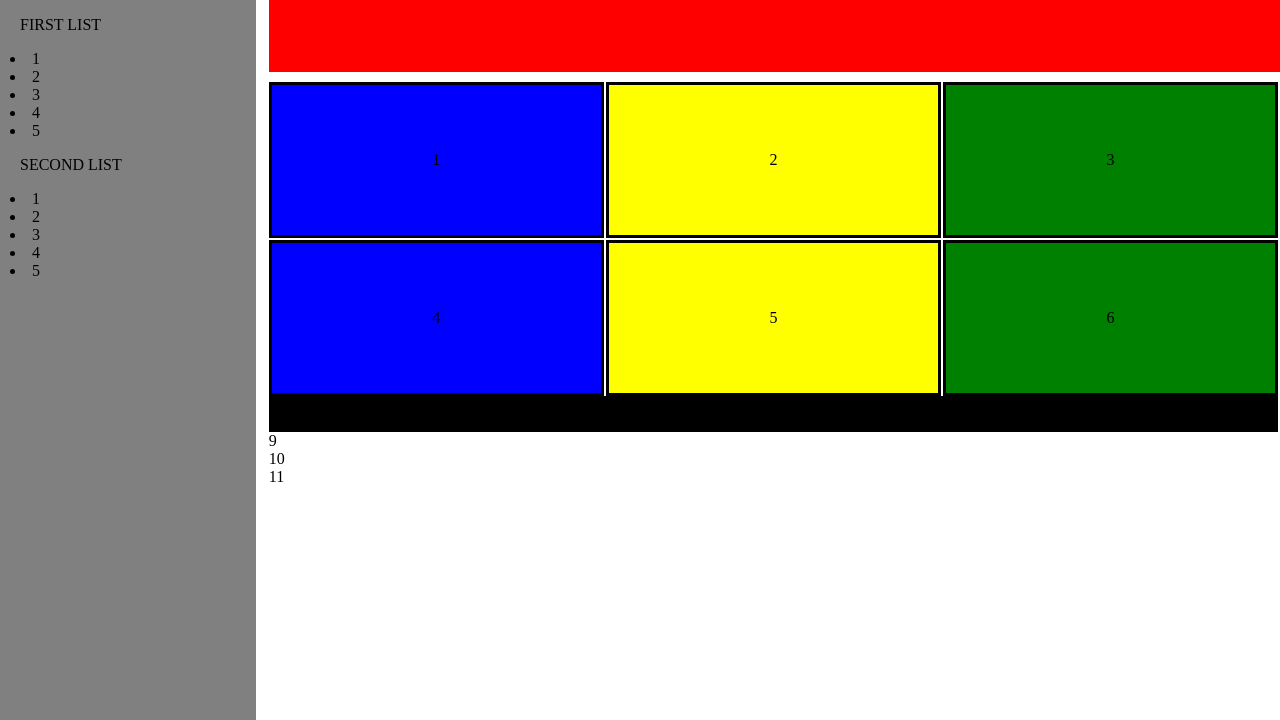
Repository: future4code/Gabriel-Ricarte
Page: Semana3/Aula02/Index.html
An editor plug-in stored every save of this project. The page is shown before and after a run of saves, followed by the edit.
The browser window is 1280 px wide. The pictures show the whole page.

Above is the page before, as saved 2019-11-12 19:06:58.

### Semana3/Aula02/Index.html
<!DOCTYPE html>
<html lang="Pt-br">
<head>
    <meta charset="UTF-8">
    <meta name="viewport" content="width=device-width, initial-scale=1.0">
    <meta http-equiv="X-UA-Compatible" content="ie=edge">
    <link rel="stylesheet" href="Style.css">
    <meta name="viewport" content="width=device-width, initial-scale=1">
    <title>Responsividade</title>
</head>
<body>
    <div>
        <div>
            <div class="barraLateral">
               <div id="lista">
                <lu>
                    <p class="paragrafoLista">FIRST LIST</p>
                    <li>1</li>
                    <li>2</li>
                    <li>3</li>
                    <li>4</li>
                    <li>5</li>
                </lu>
                <lu>
                    <p class="paragrafoLista">SECOND LIST</p>
                    <li>1</li>
                    <li>2</li>
                    <li>3</li>
                    <li>4</li>
                    <li>5</li>
                </lu>
               </div>

            </div>
            <div class="mainContent">
                <div class="barraSuperior"></div>
                <div class="FirstContainer">
                    <div id="firstPartContainer">
                            <div id="superior1">1</div>
                            <div id="superior2">2</div>
                            <div id="superior3">3</div>

                    </div>
                    <div id="secondPartContainer">

                        <div id="inferior4">4</div>
                        <div id="inferior5">5</div>
                        <div id="inferior6">6</div>

                    </div>
                </div>
                <div class="SecondContainer">
                    <div id="quadrado1">7</div>
                    <div id="quadrado2">8</div>
                </div>
                <div class="ThirdContainer">
                    <div id="quadrado9">9</div>
                    <div id="quadrado10">10</div>
                    <div id="quadrado11">11</div>
            </div>
        </div>


        </div>


    </div>





</body>
</html>

### Semana3/Aula02/Style.css
body{
    margin: 0;
    padding: 0;
}
.flexBox{
    display:flex;
}
#lista{
    margin:10px;
}
.barraLateral{
    background-color: grey;
    height: 100vh;
    width: 20vw;
    position: fixed;

}
.barraSuperior{
    background-color: red;
    height: 10vh;
    width: 100%;
    margin-bottom: 10px;

}
.paragrafoLista{
    border-left-width: 10px;
    padding-left: 0px;
    margin-left: 10px;
    margin-right: 10px;
}
.FirstContainer{
    background-color:white;
    width: 100%;


}
.mainContent{
    margin-left: 21vw;

}

#superior1, #inferior4{
    background-color: blue;
    flex-grow: 1;
    margin-right: 2px;

}
#superior2, #inferior5{
    background-color: yellow;
    flex-grow: 1;
    margin-right: 2px;

}
#superior3, #inferior6{
 background-color: green;
 flex-grow: 1;
 margin-right: 2px;
}
#quadrado1,#quadrado2{
    background-color: black;
    flex-grow: 1;
    margin-right: 2px;
}

.FirstContainerGrid, .SecondContainerGrid, .ThirdContainerGrid{

}
#firstPartContainer{
    display: flex;
    margin-bottom: 2px;
}
#secondPartContainer{
    display: flex;
}

.SecondContainerGrid{
    width: 100%;
    margin: 10px 0;
    display: flex;

}
.ThirdContainerGrid{
    width: 100%;
    display: flex;
    justify-content: space-between;
    margin-bottom: 5px;

}
#quadrado9, #quadrado10, #quadrado11{
    width: 30%;
}
.SecondContainerGrid>div{
 color: aliceblue;
 display: flex;
 align-items: center;
 height: 240px;
 justify-content: center;
}
#superior1,#superior2,#superior3,#inferior4,#inferior5,#inferior6{
    border: solid;
    display: flex;
    align-items: center;
    height: 150px;
    justify-content: center;
}
.ThirdContainerGrid>div{
    border: solid;
    background-color:white;
    align-items: center;
    display: flex;
    height: 180px;
    justify-content: center;
}



@media (max-width:1000px){



    .FirstContainerGrid{

        flex-wrap: wrap;


    }
    .FirstContainerGrid>div{
        min-height: 80px;
    }

    #firstPartContainer{
        flex-wrap: wrap;
    }
    #superior1, #superior2{
        margin: 5px;
    }
    #superior3{
        width: 100%;
        margin-top: 10px;
        margin-bottom: 10px;
        margin:6px;
    }
    #secondPartContainer{
        flex-wrap: wrap;
    }
    #inferior4, #inferior5{
        margin:5px;
    }
    #inferior6{
        width: 100%;
        margin-top: 10px;
        margin-bottom: 10px;
        margin:6px;
    }
    #quadrado1{
        margin-right: 20px;
    }
    #quadrado1, #quadrado2{
        height: 60vh;
    }
    .ThirdContainerGrid{
        flex-wrap: wrap;
    }
    #quadrado11{
        width: 100%;
        margin-top:10px
    }
    #quadrado9, #quadrado10{
        width: 48%;
    }





}
@media(max-width:850px){
    .mainContent{
        margin-left: 0;
    }

    .barraLateral{
        display:none;


    }


}
@media(max-width:780px){

    .FirstContainerGrid{

       display:flex;
       flex-direction: column;
    }
    .FirstContainerGrid>div{
        margin:5px;

    }
    #firstPartContainer{
        display: block;
        margin-bottom: 2px;
    }
    #superior1, #superior2{
        margin: 5px;
    }
    #superior3{
        margin-right: 5px;
        margin-left: 5px;
        margin-bottom:0px;
        width:97%;
    }

   #secondPartContainer{
       display: block;
   }
    #quadrado1{
        margin:5px;
        margin-top:0px;

    }
    #quadrado2{
        margin-left: 5px;
        margin-right: 5px;
    }

   #inferior4{
    margin: 5px;
    margin-top:0px;
   }
   #inferior5{
       margin: 5px;
   }
   #inferior6{
       margin:5px;
       margin-bottom:0px;
       width:97%;
   }
   #quadrado9, #quadrado10, #quadrado11{
       width: 98%;

   }

    .SecondContainerGrid{
        display: flex;
        flex-direction: column;
    }
    .SecondContainerGrid>div{
        margin: 5px;
    }
    .ThirdContainerGrid{
        display: flex;
        flex-direction: column;
    }
    .ThirdContainerGrid>div{
        margin: 5px;

    }





}

After the next 2 saves:
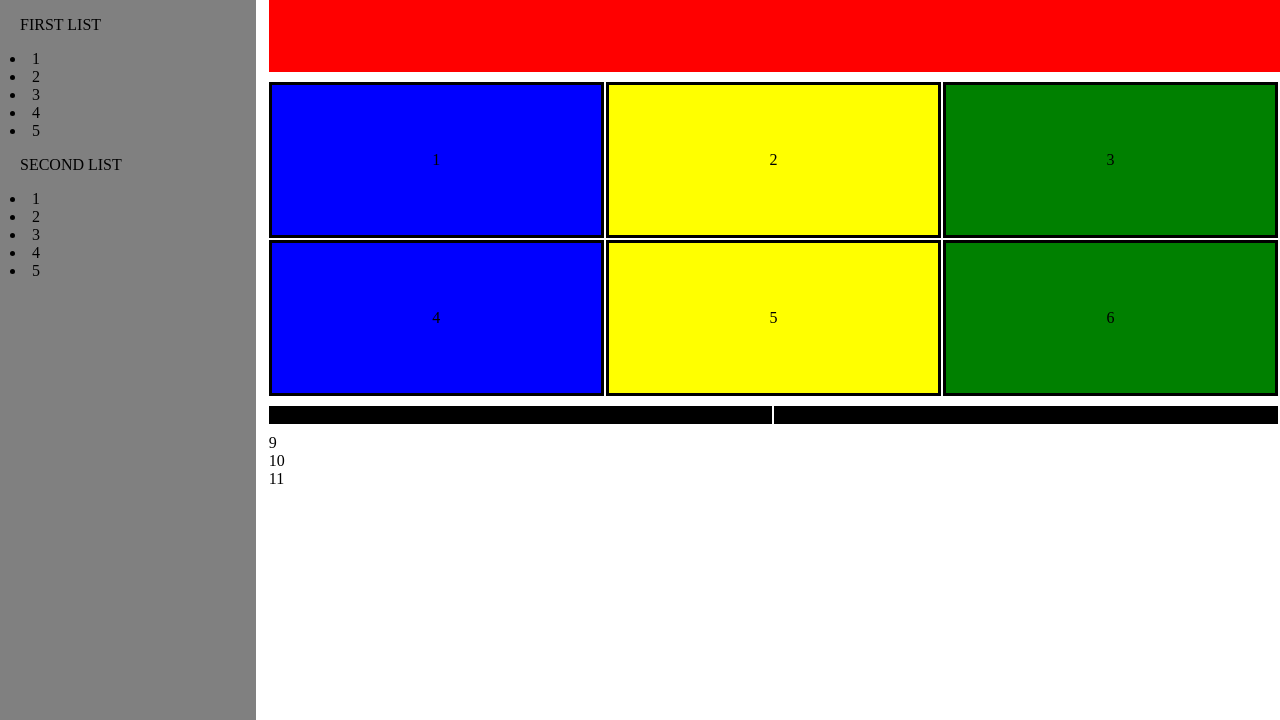
The 2 saves are shown as one change because they came seconds apart.
The last was saved 8 s later.
--- a/Semana3/Aula02/Style.css
+++ b/Semana3/Aula02/Style.css
@@ -62,9 +62,6 @@ body{
     margin-right: 2px;
 }
 
-.FirstContainerGrid, .SecondContainerGrid, .ThirdContainerGrid{
-
-}
 #firstPartContainer{
     display: flex;
     margin-bottom: 2px;
@@ -73,7 +70,7 @@ body{
     display: flex;
 }
 
-.SecondContainerGrid{
+.SecondContainer{
     width: 100%;
     margin: 10px 0;
     display: flex;
